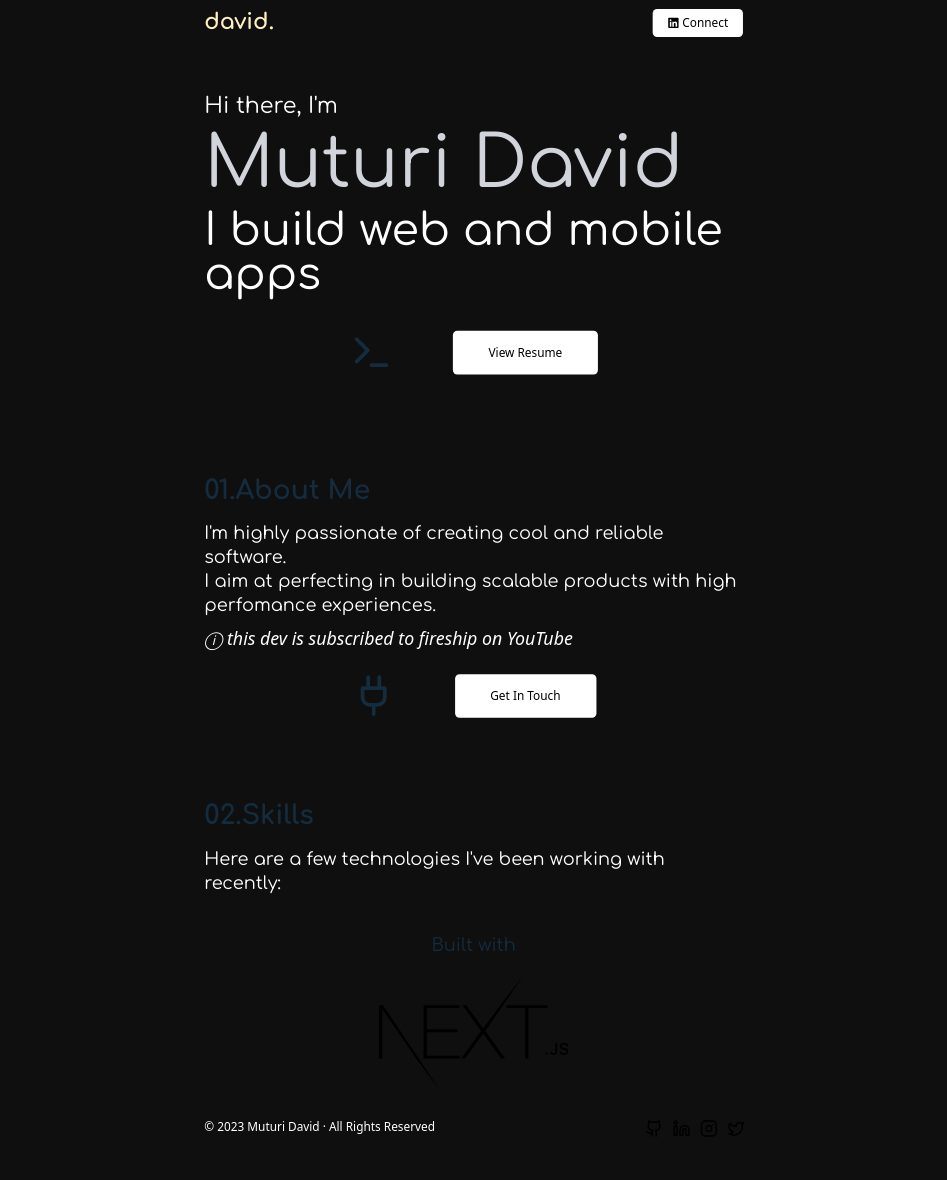
Repository: tushcmd/tushdev-portfolio
Page: /
An editor plug-in stored every save of this project. The page is shown before and after the next save, followed by the edit.
The browser window is 1280 px wide. The pictures show the whole page, at 74% of full size.
The project was rebuilt for these pictures with package versions that can differ from the ones it lists, and the page was loaded fresh each time. The framework's server and built-in components were replaced by stand-ins that run in the browser. Also part of the build but not shown: next.config.js.

Above is the page before, as saved 2023-12-15 16:01:11.

### app/layout.tsx
import type { Metadata } from 'next'
import { Inter } from 'next/font/google'
import './globals.css'

const inter = Inter({ subsets: ['latin'] })

export const metadata: Metadata = {
  title: 'Muturi | Software Engineer',
  description: 'This is my Portfolio',

}

export default function RootLayout({
  children,
}: {
  children: React.ReactNode
}) {
  return (
    <html lang="en">
      <head>
        <link rel="icon" href="./public/favicon.ico" />
      </head>
      <body className={`{inter.className} bg-primary w-full overflow-visible `} >{children}</body>
    </html>
  )
}

### app/page.tsx
import Navbar from '@/app/ui/nav';
import Hero from '@/app/ui/hero';
import About from './ui/about';
import Skills from '@/app/ui/skills'
import Footer from './ui/footer';

export default function Page() {
  return (
    <main>
      <Navbar />
      <Hero />
      <About />
      <Skills />
      <Footer />
    </main>
  );
}

### app/ui/nav.tsx
import Link from 'next/link';
import { comfortaa } from '@/app/ui/fonts';

export default async function Navbar() {
  return (
    <div className='flex justify-center items-center'>
      <div className='flex items-start md:max-w-3xl py-3 w-full md:px-5 px-5 justify-between'>
        <Link
          href='/'
          className={`${comfortaa.className} antialiased font-bold text:2xl md:text-3xl text-logo`}
        >
          david<span>.</span>
        </Link>
        <div className='flex items-center gap-2'>
          <a
            href='https://www.linkedin.com/in/muturi-david-44b505208/'
            target='_blank'
            rel='_noreferrer'
            className='flex items-center gap-1 md:hover:bg-slate-200 rounded-md px-5 bg-white text-black font-medium py-[0.45rem]'
          >
            <svg
              stroke='currentColor'
              fill='currentColor'
              stroke-width='0'
              viewBox='0 0 448 512'
              className='mt-[0.03rem]'
              height='1em'
              width='1em'
              xmlns='http://www.w3.org/2000/svg'
            >
              <path d='M416 32H31.9C14.3 32 0 46.5 0 64.3v383.4C0 465.5 14.3 480 31.9 480H416c17.6 0 32-14.5 32-32.3V64.3c0-17.8-14.4-32.3-32-32.3zM135.4 416H69V202.2h66.5V416zm-33.2-243c-21.3 0-38.5-17.3-38.5-38.5S80.9 96 102.2 96c21.2 0 38.5 17.3 38.5 38.5 0 21.3-17.2 38.5-38.5 38.5zm282.1 243h-66.4V312c0-24.8-.5-56.7-34.5-56.7-34.6 0-39.9 27-39.9 54.9V416h-66.4V202.2h63.7v29.2h.9c8.9-16.8 30.6-34.5 62.9-34.5 67.2 0 79.7 44.3 79.7 101.9V416z'></path>
            </svg>
            Connect
          </a>
        </div>
      </div>
    </div>
  );
}

### app/ui/hero.tsx
import { opensans } from '@/app/ui/fonts';
import { inter } from '@/app/ui/fonts';
import { comfortaa } from '@/app/ui/fonts';
import hero from '@/constants/hero';
import { Terminal } from 'lucide-react';

export default async function Hero() {
  return (
    <section className='relative flex flex-col justify-center items-center md:py-16 py-6 overflow-auto'>
      <div className='flex items-start flex-col md:max-w-3xl pb-6 w-full md:px-5 px-5 justify-between'>
        <p className={`${comfortaa.className} text-3xl text-white pb-3`}>
          Hi there, I&apos;m
        </p>
        <h6
          className={`${comfortaa.className} text-5xl md:text-8xl text-[#D1D5DB] text-bold pb-3`}
        >
          {hero.name}
        </h6>
        <p className={`${comfortaa.className} text-4xl md:text-6xl text-white`}>
          {hero.paragraph}
        </p>
      </div>
      <div className='flex flex-row md:max-w-3xl pt-3 md:py-5 py-10 w-full md:px-5 px-5 justify-center space-x-12 md:space-x-20'>
        <svg
          xmlns='http://www.w3.org/2000/svg'
          width='60'
          height='60'
          viewBox='0 0 24 24'
          fill='none'
          stroke='#142c3e'
          stroke-width='2'
          stroke-linecap='round'
          stroke-linejoin='round'
          className='lucide lucide-terminal'
        >
          <polyline points='4 17 10 11 4 5' />
          <line x1='12' x2='20' y1='19' y2='19' />
        </svg>
        <div className='flex items-center gap-2'>
          <a
            href='/'
            target='_blank'
            rel='_noreferrer'
            className='flex items-center gap-1 md:hover:bg-slate-200 rounded-md px-12 bg-white text-black font-medium py-[1.08rem]'
          >
            View Resume
          </a>
        </div>
      </div>
    </section>
  );
}

### app/ui/about.tsx
import { comfortaa } from '@/app/ui/fonts';
import about from '@/constants/about';

export default async function About() {
  return (
    <section className='relative flex flex-col justify-center items-center pt-3'>
      <div className='flex items-start flex-col md:max-w-3xl py-10 w-full md:px-5 px-5 justify-between'>
        <h6
          className={`${comfortaa.className} text-[#142c3e] font-bold text-3xl md:text-4xl pb-6`}
        >
          01.About Me
        </h6>
        <p className={`${comfortaa.className} text-white text-xl md:text-2xl`}>
          I&apos;m {about.paragraph} <br />
          {about.paragraph2}
        </p>
        <i className='text-white text-2xl py-3'>ⓘ this dev is subscribed to fireship on YouTube </i>
        <div className='flex flex-row md:max-w-3xl pt-3 md:py-5 py-10 w-full md:px-5 px-5 justify-center space-x-12 md:space-x-20'>
          <svg
            xmlns='http://www.w3.org/2000/svg'
            width='60'
            height='60'
            viewBox='0 0 24 24'
            fill='none'
            stroke='#142c3e'
            stroke-width='2'
            stroke-linecap='round'
            stroke-linejoin='round'
            className='lucide lucide-plug'
          >
            <path d='M12 22v-5' />
            <path d='M9 8V2' />
            <path d='M15 8V2' />
            <path d='M18 8v5a4 4 0 0 1-4 4h-4a4 4 0 0 1-4-4V8Z' />
          </svg>
          <div className='flex items-center gap-2'>
            <a
              href='mailto:muturidavid854@gmail.com'
              target='_blank'
              rel='_noreferrer'
              className='flex items-center gap-1 md:hover:bg-slate-200 text-xm md:text-base rounded-md px-12 bg-white text-black font-medium py-[1.08rem]'
            >
              Get In Touch
            </a>
          </div>
        </div>
      </div>
    </section>
  );
}

### app/ui/skills.tsx
import { comfortaa } from './fonts';

export default async function About() {
  return (
    <section className='relative flex flex-col justify-center items-center pt-3'>
      <div className='flex items-start flex-col md:max-w-3xl py-10 w-full md:px-5 px-5 justify-between'>
        <h6
          className={`${comfortaa.className} text-[#142c3e] font-bold text-3xl md:text-4xl pb-6`}
        >
          02.Skills
        </h6>
        <p className={`${comfortaa.className} text-white text-2xl`}>
          Here are a few technologies I&apos;ve been working with recently:
        </p>
        <div className='grid-cols-4'>
          <div></div>
        </div>
      </div>
    </section>
  );
}

### app/ui/footer.tsx
import { Github } from 'lucide-react';
import { Linkedin } from 'lucide-react';
import { Instagram } from 'lucide-react';
import { Twitter } from 'lucide-react';
import { comfortaa } from './fonts';

export default async function Footer() {
  return (
    <section className='relative flex flex-col justify-center items-center pt-3'>
      <div className='flex flex-col md:max-w-3xl items-center justify-center'>
        <p className={`${comfortaa.className} text-[#142c3e] text-2xl pb-6`}>Built with</p>
        <svg
          height='154.5'
          preserveAspectRatio='xMidYMid'
          viewBox='0 0 512 309'
          width='256'
          xmlns='http://www.w3.org/2000/svg'
        >
          <path d='m120.81043 80.5613102h96.567895v7.6753487h-87.715838v57.7670991h82.485077v7.675348h-82.485077v63.422619h88.721754v7.675348h-97.573811zm105.21877 0h10.260338l45.467384 63.4226188 46.4733-63.4226188 63.211264-80.5613102-103.850254 150.649363 53.514709 74.12771h-10.662704l-48.686315-67.462275-48.887497 67.462275h-10.461521l53.917074-74.12771zm118.899221 7.6753486v-7.6753486h110.047164v7.6753487h-50.698145v136.5404141h-8.852058v-136.5404141zm-344.928421-7.6753486h11.0650714l152.5808586 228.3226968-63.054372-84.106934-91.33713469-133.3086883-.40236623 133.3086883h-8.85205708zm454.083705 134.2241588c-1.808538 0-3.164943-1.401289-3.164943-3.212184 0-1.810897 1.356405-3.212186 3.164943-3.212186 1.830069 0 3.164943 1.401289 3.164943 3.212186 0 1.810895-1.334874 3.212184-3.164943 3.212184zm8.69821-8.450851h4.736648c.06459 2.565437 1.937721 4.290101 4.693588 4.290101 3.078821 0 4.822769-1.854014 4.822769-5.324899v-21.989457h4.82277v22.011016c0 6.251906-3.617077 9.852139-9.602478 9.852139-5.619388 0-9.473297-3.492442-9.473297-8.8389zm25.38413-.280256h4.779709c.409074 2.953486 3.294124 4.829057 7.449457 4.829057 3.875441 0 6.717429-2.004921 6.717429-4.764383 0-2.371411-1.808538-3.794259-5.920812-4.764383l-4.004619-.970122c-5.619389-1.315057-8.181486-4.031402-8.181486-8.601759 0-5.540482 4.521348-9.226949 11.303367-9.226949 6.308355 0 10.915822 3.686467 11.195715 8.925132h-4.693588c-.452134-2.867252-2.949641-4.65659-6.566718-4.65659-3.810849 0-6.351414 1.832454-6.351414 4.635033 0 2.220503 1.636295 3.492442 5.683978 4.441008l3.423305.840772c6.372946 1.487524 8.999632 4.074517 8.999632 8.752668 0 5.950089-4.607467 9.679672-11.970803 9.679672-6.889671 0-11.518667-3.557118-11.863152-9.119156z' />
        </svg>
      </div>
      <div className='flex items-center flex-col md:max-w-3xl md:flex-row-reverse pt-5 pb-10 w-full md:px-5 px-5 justify-between border-t-0'>
        <div className='flex space-x-4 py-5 flex-row'>
          <a
            href='#'
            className='w-[21px] h-[21px] object-contain cursor-pointer'
          >
            <Github />
          </a>
          <a
            href='#'
            className='w-[21px] h-[21px] object-contain cursor-pointer'
          >
            <Linkedin />
          </a>
          <a
            href='#'
            className='w-[21px] h-[21px] object-contain cursor-pointer'
          >
            <Instagram />
          </a>
          <a
            href='#'
            className='w-[21px] h-[21px] object-contain cursor-pointer'
          >
            <Twitter />
          </a>
        </div>
        <div>
          <p className='text-white text-base '>
            <span>&copy;</span> 2023 Muturi David · All Rights Reserved
          </p>
        </div>
      </div>
    </section>
  );
}

### app/ui/fonts.ts
import { Inter, Comfortaa, Open_Sans } from 'next/font/google';

export const inter = Inter({ subsets: ['latin'] });

export const comfortaa = Comfortaa({
  weight: ['400', '700'],
  subsets: ['latin'],
});

export const opensans = Open_Sans({
    weight: ['300', '400', '500', '600', '700', '800'],
    subsets: ['latin']
});

### constants/hero.ts
interface Hero {
    greet: string;
    name: string;
    paragraph: string;
}

const hero: Hero = {
    greet: 'Hi there, I am',
    name: 'Muturi David',
    paragraph: `I build web and mobile
    apps`,
};

export default hero;

### constants/about.ts
interface About {
    paragraph: string;
    paragraph2: string;
}

const about: About = {
    paragraph: ' highly passionate of creating cool and reliable software.',
    paragraph2: 'I aim at perfecting in building scalable products with high perfomance experiences. ',
};

export default about;

### tailwind.config.ts
import type { Config } from 'tailwindcss'

const config: Config = {
  content: [
    './pages/**/*.{js,ts,jsx,tsx,mdx}',
    './components/**/*.{js,ts,jsx,tsx,mdx}',
    './app/**/*.{js,ts,jsx,tsx,mdx}',
  ],
  theme: {
    extend: {
      colors: {
        primary: "#0F0F0F",
        heading: "#FFFFFF",
        logo: "#FFF0C1",
        dimGray: "D1D5DB",
        iconBg: '#9CA3AF',
        iconText: '202020',
      },
      screens: {
        sm: '480px',
        md: '768px',
        lg: '976px',
        xl: '1440px',
      },
    },
  },
  plugins: [],
}
export default config

Loaded but not shown: app/globals.css (common file)

After the next save:
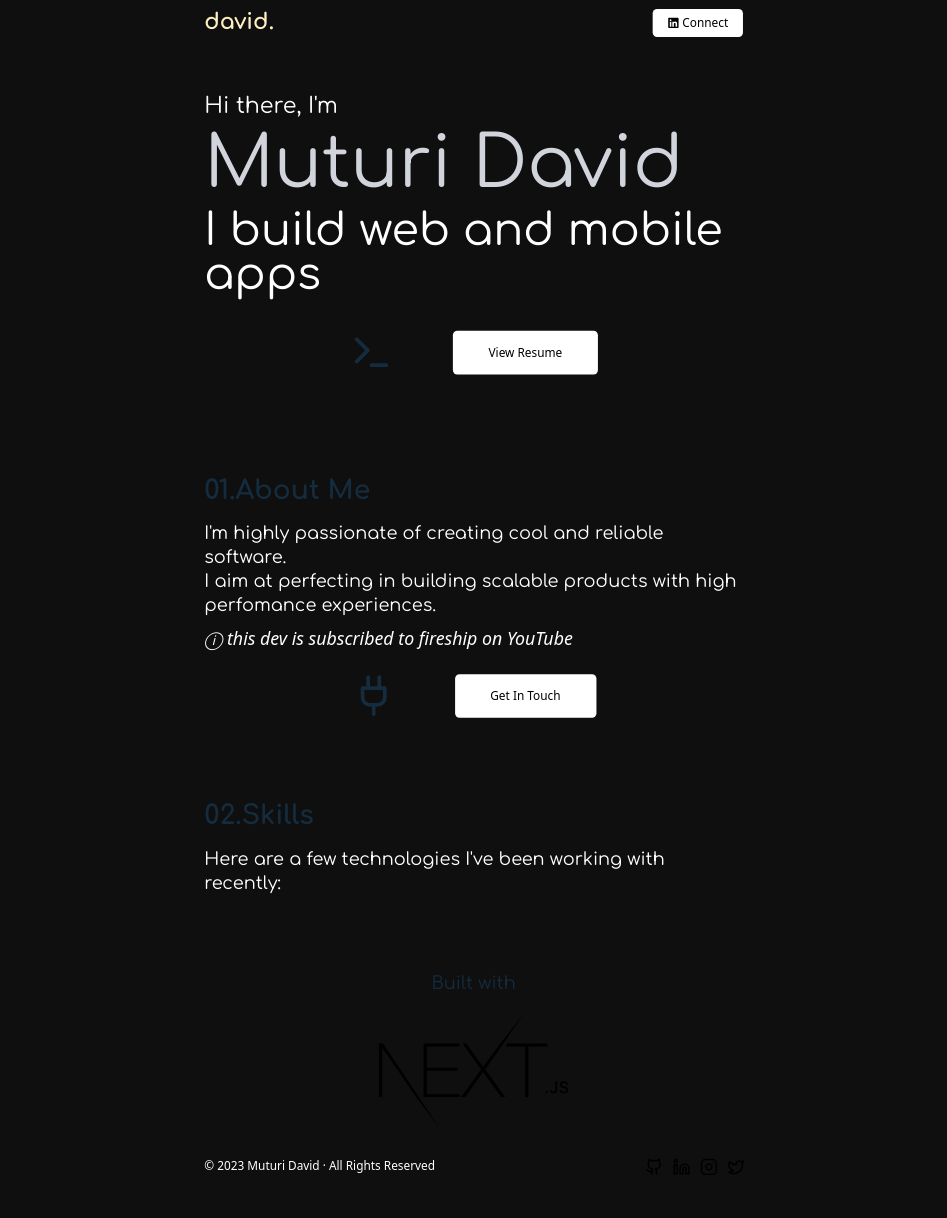
Saved 22 min 49 s later.
--- a/app/ui/footer.tsx
+++ b/app/ui/footer.tsx
@@ -6,7 +6,7 @@ import { comfortaa } from './fonts';
 
 export default async function Footer() {
   return (
-    <section className='relative flex flex-col justify-center items-center pt-3'>
+    <section className='relative flex flex-col justify-center items-center pt-16'>
       <div className='flex flex-col md:max-w-3xl items-center justify-center'>
         <p className={`${comfortaa.className} text-[#142c3e] text-2xl pb-6`}>Built with</p>
         <svg
